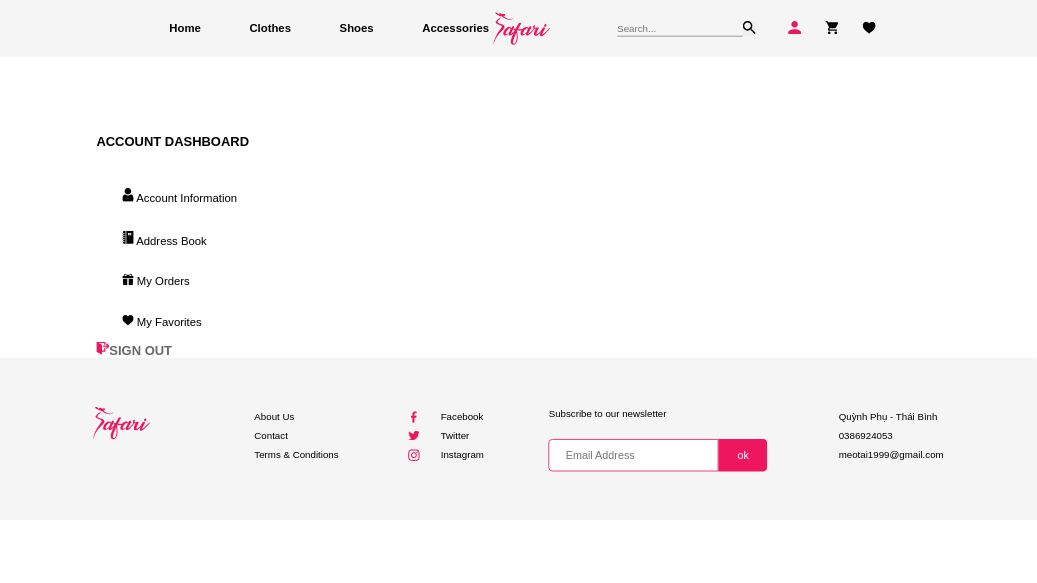
Repository: tboy1999/safari
Page: views/user.html
These files come from the project's save history. The page is drawn as it stood at one moment and after the next save; the edit follows.
The browser window is 1280 px wide. The pictures show the whole page, at 81% of full size.
Some web libraries are served in a nearby version. The style sheet was rebuilt from its Sass, Less or Tailwind sources for each picture, by a compiler version that may differ from the author's.

Above is the page before, as saved 2022-04-28 15:13:57.

After the next save:
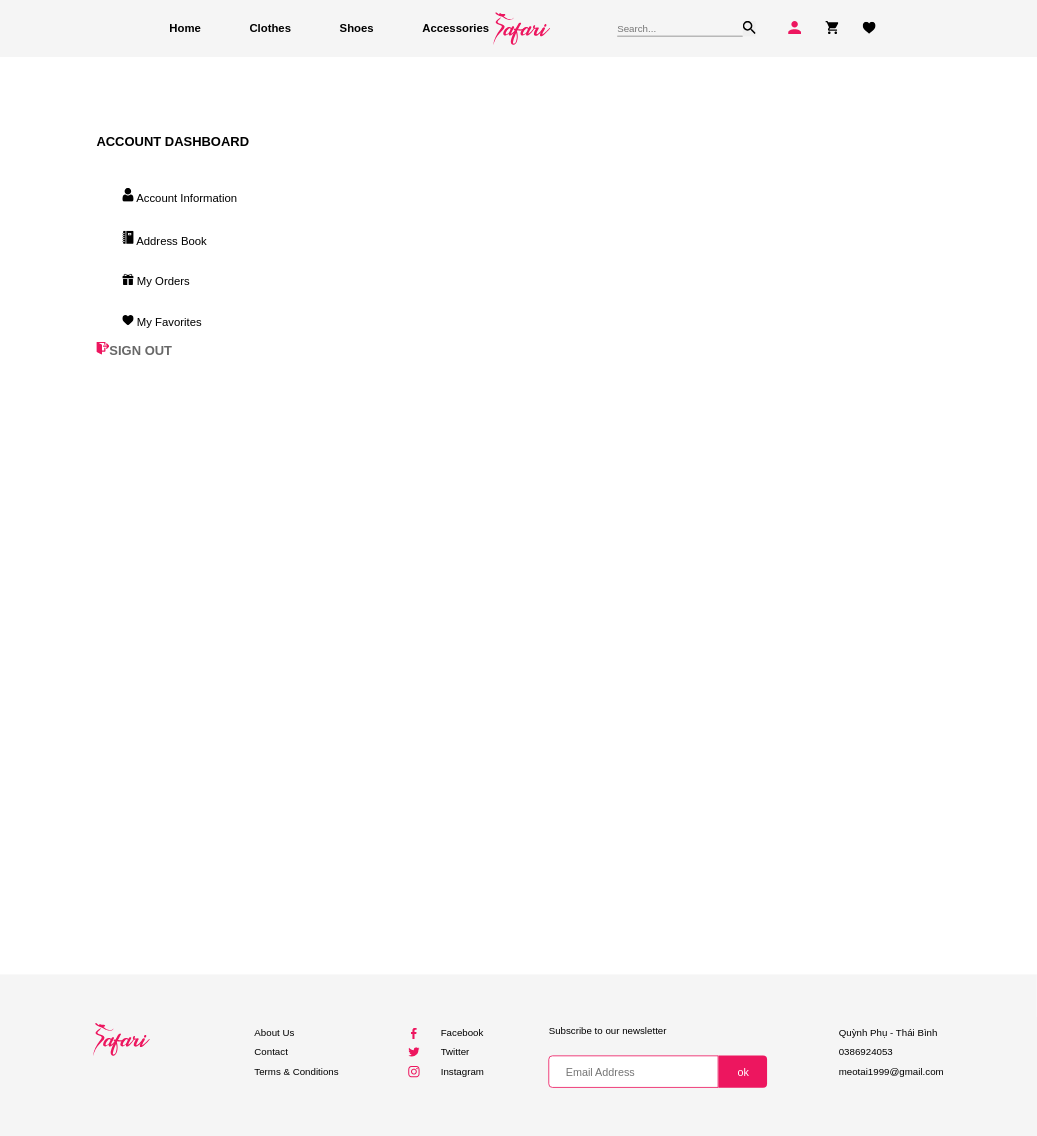
Saved 65 s later.
--- a/scss/user.scss
+++ b/scss/user.scss
@@ -10,6 +10,9 @@
   &__container {
     margin: 0 64px;
   }
+  &__list {
+    height: 1069px
+  }
   &__item:first-child {
     padding: 32px 0;
     text-align: center;
